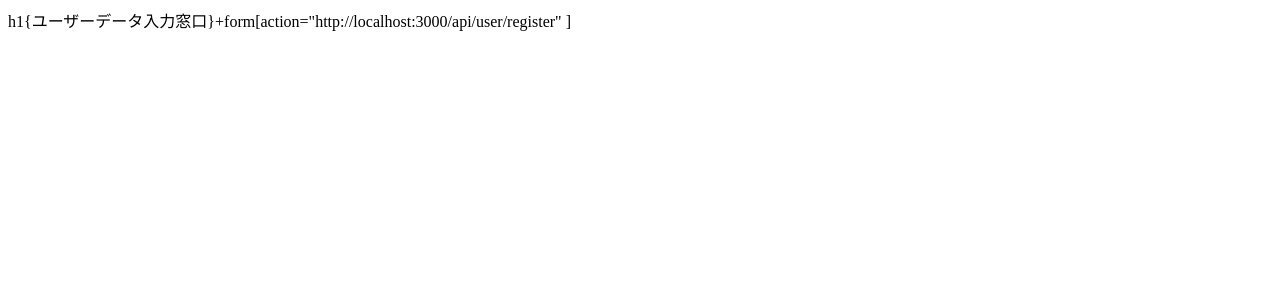
Repository: isopets/next-market
Page: form2.html
These files come from the project's save history. The page is drawn as it stood at one moment and after a run of saves; the edit follows.
The browser window is 1280 px wide. The pictures show the whole page.

Above is the page before, as saved 2022-06-08 00:47:22.

After the next 2 saves:
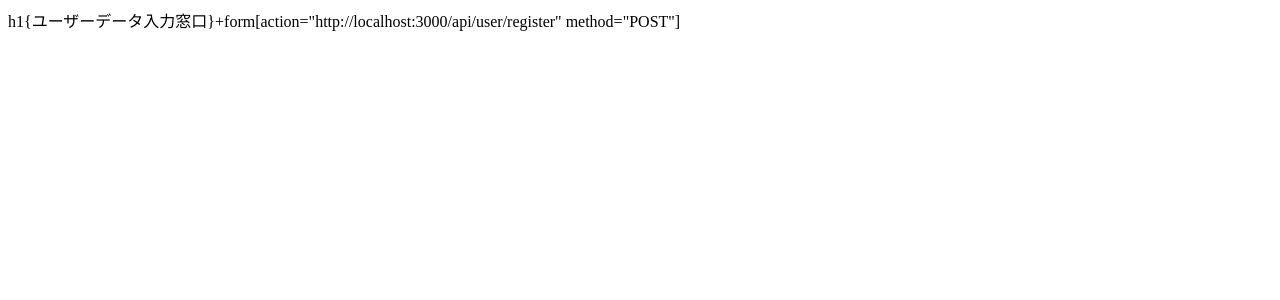
The 2 saves are shown as one change because they came seconds apart.
The last was saved 7 s later.
--- a/form2.html
+++ b/form2.html
@@ -9,7 +9,7 @@
 </head>
 
 <body>
-    h1{ユーザーデータ入力窓口}+form[action="http://localhost:3000/api/user/register" ]
+    h1{ユーザーデータ入力窓口}+form[action="http://localhost:3000/api/user/register" method="POST"]
 </body>
 
 </html>
